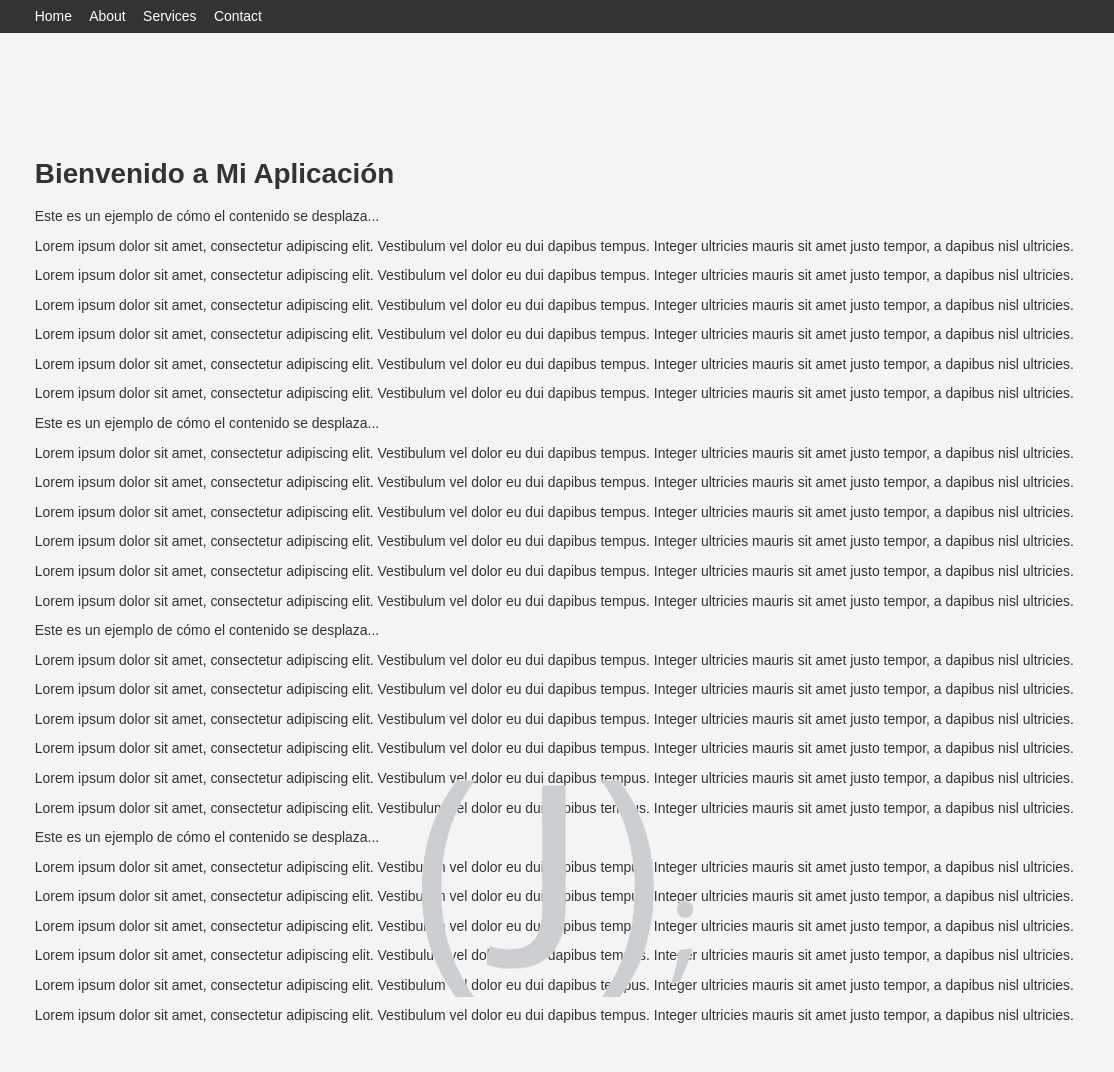
Repository: JoyMoGas/HelujaArc
Page: http://localhost/
An editor plug-in stored every save of this project. The page is shown before and after the next save, followed by the edit.
The browser window is 1280 px wide. The pictures show the whole page, at 87% of full size.
The page is served by the project's application, run on Flask 3 (run.py).

Above is the page before, as saved 2024-08-11 15:21:24.

After the next save:
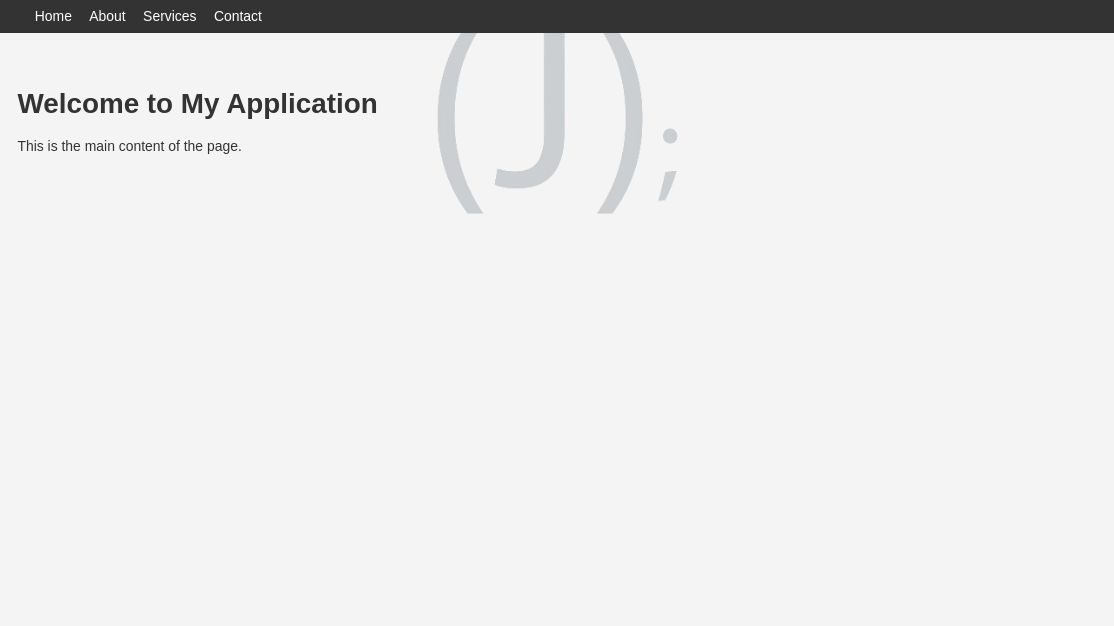
Console error: TypeError: Cannot read properties of null (reading 'style')
Saved 77 s later.
--- a/templates/index.html
+++ b/templates/index.html
@@ -1,43 +1,32 @@
-{% extends "base.html" %}
-
-{% block content %}
-<div id="body-logo">
-    <img src="{{ url_for('static', filename='logo.png') }}" alt="Logo" id="logo">
-</div>
-
-<div class="content">
-    <h1>Bienvenido a Mi Aplicación</h1>
-    <p>Este es un ejemplo de cómo el contenido se desplaza...</p>
-    <p>Lorem ipsum dolor sit amet, consectetur adipiscing elit. Vestibulum vel dolor eu dui dapibus tempus. Integer ultricies mauris sit amet justo tempor, a dapibus nisl ultricies.</p>
-    <p>Lorem ipsum dolor sit amet, consectetur adipiscing elit. Vestibulum vel dolor eu dui dapibus tempus. Integer ultricies mauris sit amet justo tempor, a dapibus nisl ultricies.</p>
-    <p>Lorem ipsum dolor sit amet, consectetur adipiscing elit. Vestibulum vel dolor eu dui dapibus tempus. Integer ultricies mauris sit amet justo tempor, a dapibus nisl ultricies.</p>
-    <p>Lorem ipsum dolor sit amet, consectetur adipiscing elit. Vestibulum vel dolor eu dui dapibus tempus. Integer ultricies mauris sit amet justo tempor, a dapibus nisl ultricies.</p>
-    <p>Lorem ipsum dolor sit amet, consectetur adipiscing elit. Vestibulum vel dolor eu dui dapibus tempus. Integer ultricies mauris sit amet justo tempor, a dapibus nisl ultricies.</p>
-    <p>Lorem ipsum dolor sit amet, consectetur adipiscing elit. Vestibulum vel dolor eu dui dapibus tempus. Integer ultricies mauris sit amet justo tempor, a dapibus nisl ultricies.</p>
-    <p>Este es un ejemplo de cómo el contenido se desplaza...</p>
-    <p>Lorem ipsum dolor sit amet, consectetur adipiscing elit. Vestibulum vel dolor eu dui dapibus tempus. Integer ultricies mauris sit amet justo tempor, a dapibus nisl ultricies.</p>
-    <p>Lorem ipsum dolor sit amet, consectetur adipiscing elit. Vestibulum vel dolor eu dui dapibus tempus. Integer ultricies mauris sit amet justo tempor, a dapibus nisl ultricies.</p>
-    <p>Lorem ipsum dolor sit amet, consectetur adipiscing elit. Vestibulum vel dolor eu dui dapibus tempus. Integer ultricies mauris sit amet justo tempor, a dapibus nisl ultricies.</p>
-    <p>Lorem ipsum dolor sit amet, consectetur adipiscing elit. Vestibulum vel dolor eu dui dapibus tempus. Integer ultricies mauris sit amet justo tempor, a dapibus nisl ultricies.</p>
-    <p>Lorem ipsum dolor sit amet, consectetur adipiscing elit. Vestibulum vel dolor eu dui dapibus tempus. Integer ultricies mauris sit amet justo tempor, a dapibus nisl ultricies.</p>
-    <p>Lorem ipsum dolor sit amet, consectetur adipiscing elit. Vestibulum vel dolor eu dui dapibus tempus. Integer ultricies mauris sit amet justo tempor, a dapibus nisl ultricies.</p>
-
-    <p>Este es un ejemplo de cómo el contenido se desplaza...</p>
-    <p>Lorem ipsum dolor sit amet, consectetur adipiscing elit. Vestibulum vel dolor eu dui dapibus tempus. Integer ultricies mauris sit amet justo tempor, a dapibus nisl ultricies.</p>
-    <p>Lorem ipsum dolor sit amet, consectetur adipiscing elit. Vestibulum vel dolor eu dui dapibus tempus. Integer ultricies mauris sit amet justo tempor, a dapibus nisl ultricies.</p>
-    <p>Lorem ipsum dolor sit amet, consectetur adipiscing elit. Vestibulum vel dolor eu dui dapibus tempus. Integer ultricies mauris sit amet justo tempor, a dapibus nisl ultricies.</p>
-    <p>Lorem ipsum dolor sit amet, consectetur adipiscing elit. Vestibulum vel dolor eu dui dapibus tempus. Integer ultricies mauris sit amet justo tempor, a dapibus nisl ultricies.</p>
-    <p>Lorem ipsum dolor sit amet, consectetur adipiscing elit. Vestibulum vel dolor eu dui dapibus tempus. Integer ultricies mauris sit amet justo tempor, a dapibus nisl ultricies.</p>
-    <p>Lorem ipsum dolor sit amet, consectetur adipiscing elit. Vestibulum vel dolor eu dui dapibus tempus. Integer ultricies mauris sit amet justo tempor, a dapibus nisl ultricies.</p>
-
-    <p>Este es un ejemplo de cómo el contenido se desplaza...</p>
-    <p>Lorem ipsum dolor sit amet, consectetur adipiscing elit. Vestibulum vel dolor eu dui dapibus tempus. Integer ultricies mauris sit amet justo tempor, a dapibus nisl ultricies.</p>
-    <p>Lorem ipsum dolor sit amet, consectetur adipiscing elit. Vestibulum vel dolor eu dui dapibus tempus. Integer ultricies mauris sit amet justo tempor, a dapibus nisl ultricies.</p>
-    <p>Lorem ipsum dolor sit amet, consectetur adipiscing elit. Vestibulum vel dolor eu dui dapibus tempus. Integer ultricies mauris sit amet justo tempor, a dapibus nisl ultricies.</p>
-    <p>Lorem ipsum dolor sit amet, consectetur adipiscing elit. Vestibulum vel dolor eu dui dapibus tempus. Integer ultricies mauris sit amet justo tempor, a dapibus nisl ultricies.</p>
-    <p>Lorem ipsum dolor sit amet, consectetur adipiscing elit. Vestibulum vel dolor eu dui dapibus tempus. Integer ultricies mauris sit amet justo tempor, a dapibus nisl ultricies.</p>
-    <p>Lorem ipsum dolor sit amet, consectetur adipiscing elit. Vestibulum vel dolor eu dui dapibus tempus. Integer ultricies mauris sit amet justo tempor, a dapibus nisl ultricies.</p>
-
-
-</div>
-{% endblock %}
+<!DOCTYPE html>
+<html lang="en">
+<head>
+    <meta charset="UTF-8">
+    <meta name="viewport" content="width=device-width, initial-scale=1.0">
+    <title>Mi Aplicación</title>
+    <!-- Incluir hoja de estilo -->
+    <link rel="stylesheet" href="{{ url_for('static', filename='style.css') }}">
+</head>
+<body>
+    <nav class="navbar">
+        <div class="navbar-logo" id="navbar-logo">
+            <img src="{{ url_for('static', filename='logo.png') }}" alt="Logo">
+        </div>
+        <ul class="navbar-links">
+            <li><a href="#">Home</a></li>
+            <li><a href="#">About</a></li>
+            <li><a href="#">Services</a></li>
+            <li><a href="#">Contact</a></li>
+        </ul>
+    </nav>
+    <div class="content">
+        <div id="body-logo">
+            <img src="{{ url_for('static', filename='logo.png') }}" alt="Logo">
+        </div>
+        <!-- Contenido de la página -->
+        <h1>Welcome to My Application</h1>
+        <p>This is the main content of the page.</p>
+    </div>
+    <script src="{{ url_for('static', filename='scripts.js') }}"></script>
+</body>
+</html>
